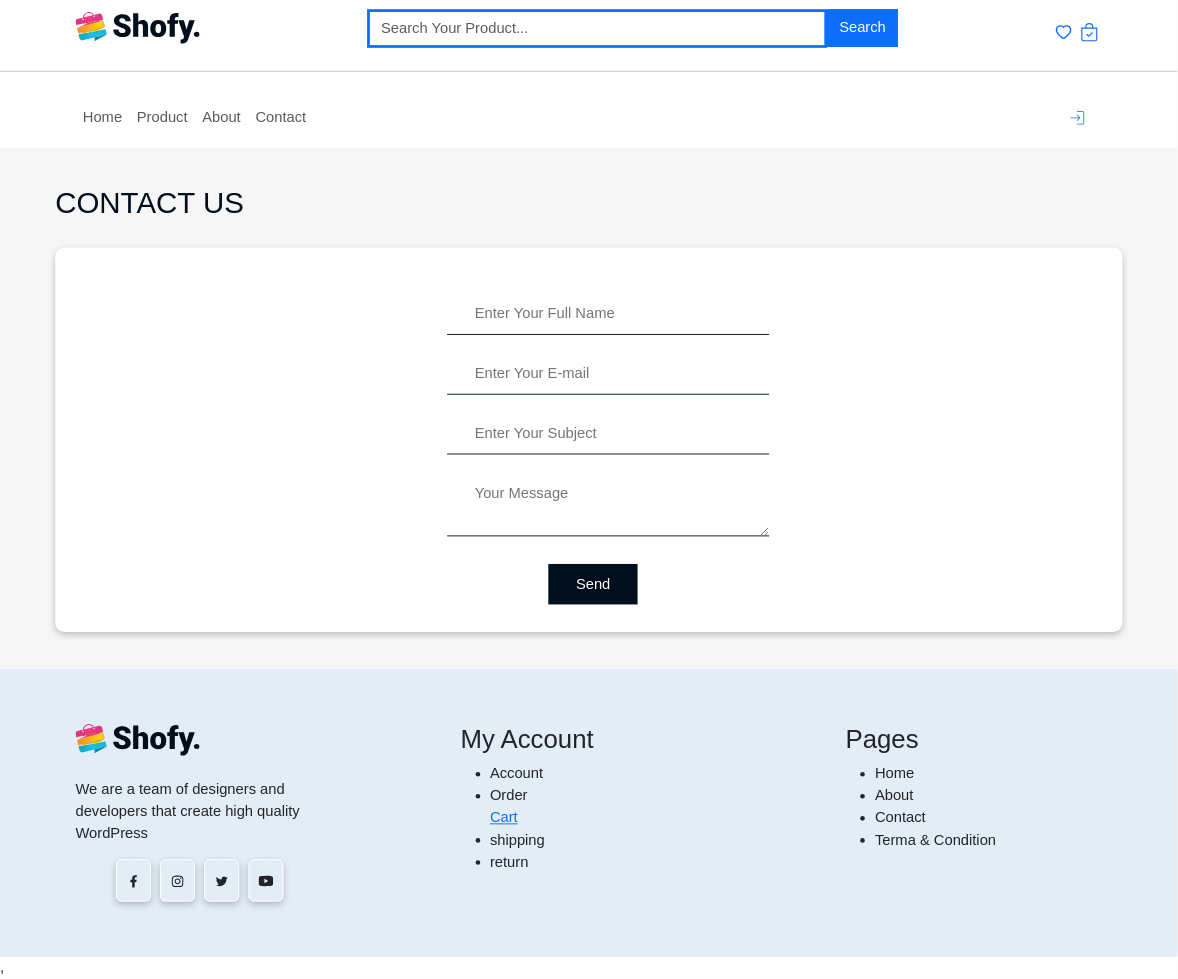
Repository: YomnaWegdan/E-commerce
Page: /contact
These files come from the project's save history. The page is drawn as it stood at one moment and after a run of saves; the edit follows.
The browser window is 1280 px wide. The pictures show the whole page, at 92% of full size.
The project was rebuilt for these pictures with package versions that can differ from the ones it lists, and the page was loaded fresh each time. Also part of the build but not shown: src/App.css, src/Pages/Home.css, src/Components/HomeProduct.js, src/Pages/Home.js, src/Pages/Product.js, src/Components/Cart/Cart.css, src/Components/Cart/Cart.js.

Above is the page before, as saved 2023-08-09 00:58:45.

### src/index.js
import React from 'react';
import ReactDOM from 'react-dom/client';
import './index.css';
import App from './App';
import reportWebVitals from './reportWebVitals';
import 'bootstrap/dist/css/bootstrap.min.css';
import { Auth0Provider } from '@auth0/auth0-react';
import { ContextProvider } from './Components/Context';

const root = ReactDOM.createRoot(document.getElementById('root'));
root.render(

  <ContextProvider>
  <Auth0Provider
  domain="dev-aamwpxlsfm3npzz6.us.auth0.com"
  clientId="MkjduxuJruldtmeMMgriskirViaGSRSW"
  authorizationParams={{
    redirect_uri: window.location.origin
  }}
>

  <App />
</Auth0Provider>,</ContextProvider>
);

// If you want to start measuring performance in your app, pass a function
// to log results (for example: reportWebVitals(console.log))
// or send to an analytics endpoint. Learn more: https://bit.ly/CRA-vitals
reportWebVitals();

### src/App.js
import { BrowserRouter , Routes , Route} from 'react-router-dom';
import './App.css';
import Navs from './Components/Navbar/Navs';
import Home from './Pages/Home';
import Footer from './Components/Footer/Footer';
import Product from './Pages/Product';
import Cart from './Components/Cart/Cart';
import Contact from './Pages/Contact';

function App() {
  return (
    <BrowserRouter>
    <Navs/>
    <Routes>
    <Route path='/' element={<Home/>}/>
    <Route path='/product' element={<Product/>}/>
    <Route path='/cart' element={<Cart/>}/>
    <Route path='/contact' element={<Contact/>}/>


    </Routes>
    <Footer/>

    </BrowserRouter>
  );
}

export default App;

### src/Components/Context.js
import {createContext  , useContext, useState} from "react"
import Productdetail from "../Pages/Productdetail";

export const Context = createContext(null);
export const useAppContext = () =>{
    const contextVar = useContext(Context);
    if(contextVar === undefined){
        throw new Error('Context must be within ContextProvider');
    }
    return contextVar;
}

export const ContextProvider = ({children}) =>{

    const [product , setProduct] = useState(Productdetail)
    const filterProduct = (product)=>{
        const update = Productdetail.filter((x)=>{
         return( x.Cat=== product )
        })
        setProduct(update)
      }
        const AllProducts = () =>{
          setProduct(Productdetail)
        }

        const searchBtn = (product) => {
    const change = Productdetail.filter((x) =>
    {
      return x.Cat === product
    })
    setProduct(change)
  }

  //Product_detail
  const [detail , setDetail] = useState([])
  const [close , setClose] = useState(false);

  const View = (product)=>{
    setDetail([{...product}])
    setClose(true)
  }

  //Cart
  const [cart , setCart] = useState([])

  const addToCart = (product)=>{
    const exist = cart.find((x)=>{
      return x.id === product.id
    })
    if(exist)
    {
      alert("This Product is already added to cart")
    }else{
      setCart([...cart, {...product, qty:1}])
      alert('Product is added to cart')
    }

  }
  console.log(cart)

  const increment =(product)=>{
    const exist = cart.find((x)=>{
        return x.id === product.id;
    })
    setCart(cart.map((el)=>{
      return el.id === product.id ? {...exist , qty: exist.qty +1}: el
    }))

}
const decrement =(product)=>{
  const exist = cart.find((x)=>{
    return x.id === product.id;
})
setCart(cart.map((el)=>{
  return el.id === product.id ? {...exist , qty: exist.qty -1}: el
}))
}

//Remove cart product
const removeproduct = (product) =>
{
    const exsit = cart.find((x) =>
    {
        return x.id === product.id
    })
    if(exsit.qty > 0)
    {
        setCart(cart.filter((x) =>
        {
            return x.id !== product.id
        }))
    }
}
const Totalprice = cart.reduce((price, item) => price + item.qty * item.Price, 0)


    return(
        <Context.Provider value={{ product , filterProduct, AllProducts , searchBtn , detail , View , close , setClose , addToCart , cart
          ,increment , decrement , removeproduct , Totalprice
         }}>
        {children}
        </Context.Provider>
    )}

### src/Components/Navbar/Navs.js
import { Fragment, useState } from 'react';
import Container from 'react-bootstrap/Container';
import Nav from 'react-bootstrap/Nav';
import Navbar from 'react-bootstrap/Navbar';
import Form from 'react-bootstrap/Form';
import Button from 'react-bootstrap/Button';
import Row from 'react-bootstrap/Row';
import Col from 'react-bootstrap/Col';
import logo from '../../img/logo.svg'
import { AiOutlineUser } from 'react-icons/ai';
import { CiLogin } from 'react-icons/ci';
import { CiLogout } from 'react-icons/ci';
import { AiOutlineHeart } from 'react-icons/ai';
import { BsBagCheck } from 'react-icons/bs';
import './Navs.css'
import { useAuth0 } from "@auth0/auth0-react";
import { useAppContext } from '../Context';
import { NavLink } from 'react-router-dom';

const Navs = () => {
  const { loginWithRedirect, logout , user, isAuthenticated } = useAuth0();
  const [search , setSearch] = useState()
  const {searchBtn} = useAppContext();


  return (
    <Fragment>
    <Navbar expand="lg" className='justify-content-between' >
      <Container>
        <Navbar.Brand href="/"><img src={logo} alt ='Logo'/></Navbar.Brand>
        <Navbar.Toggle aria-controls="basic-navbar-nav" />
        <Navbar.Collapse id="basic-navbar-nav" >
          <Nav className=" w-100 justify-content-center">
          <Form inline >
          <Row>
            <Col xs="auto">
              <Form.Control
                type="text"
                placeholder="Search Your Product..."
                className=" mr-sm-2  w-auto"
                value={search} onChange={(e)=>setSearch(e.target.value)}
              />

            </Col>
            <Col xs="auto" className=' m-sm-0'>
              <Button type="submit" onClick={()=>searchBtn(search)}  >Search</Button>
            </Col>
          </Row>
        </Form>
        </Nav>
        <Nav className=' justify-content-end'>
        {isAuthenticated &&
        (
        <Nav>
          <Nav.Link href="/" ><AiOutlineUser/></Nav.Link>
          <p className=' my-auto me-3' >Hello, {user.name}</p>
        </Nav>
        )}

        <NavLink to ="/"  className='mt-2 mx-1'><AiOutlineHeart/></NavLink>
        <NavLink to="/cart" className='mt-2 mx-1' ><BsBagCheck/></NavLink>

          </Nav>
        </Navbar.Collapse>
      </Container>
    </Navbar>
    <hr/>
    <Navbar expand="lg" >
    <Container>
      <Navbar.Toggle aria-controls="basic-navbar-nav "  />
      <Navbar.Collapse id="basic-navbar-nav" className=' justify-content-between'>
        <Nav className=" justify-content-start">
          <Nav.Link href="/">Home</Nav.Link>
          <Nav.Link href="/product">Product</Nav.Link>
          <Nav.Link href="/about">About</Nav.Link>
          <Nav.Link href="/contact">Contact</Nav.Link>
        </Nav>
        <Nav className="auth  ">
        {isAuthenticated?
                <Button onClick={() => logout({ logoutParams: { returnTo: window.location.origin } })}><CiLogout/></Button>:
                        <Button onClick={() => loginWithRedirect()}><CiLogin/></Button>
        }
        </Nav>
      </Navbar.Collapse>
    </Container>
  </Navbar></Fragment>
  )
}

export default Navs

### src/Components/Footer/Footer.js
import React from 'react'
import logo from '../../img/logo.svg'
import { AiOutlineInstagram } from 'react-icons/ai';
import { RiFacebookFill } from 'react-icons/ri';
import { AiOutlineTwitter } from 'react-icons/ai';
import { BsYoutube } from 'react-icons/bs';
import './Footer.css'
import { Link } from 'react-router-dom';

const Footer = () => {
  return (
    <div className='footer'>
    <div className='container d-flex justify-content-between '>
    <div className='about col-lg-3'>
    <div className='logo'>
        <img src={logo} alt='logo'></img>
    </div>
    <div className='detail'>
                    <p className=' mt-4'>We are a team of designers and developers that create high quality WordPress</p>
                    <div className='icon'>
                        <li><RiFacebookFill /></li>
                        <li><AiOutlineInstagram /></li>
                        <li><AiOutlineTwitter /></li>
                        <li><BsYoutube /></li>
                    </div>
                </div>
    </div>
    <div className='account col-lg-3'>
                <h3>My Account</h3>
                <ul>
                    <li>Account</li>
                    <li>Order</li>
                    <Link to='/cart'>Cart</Link>
                    <li>shipping</li>
                    <li>return</li>
                </ul>
            </div>
            <div className='page col-lg-3'>
                <h3>Pages</h3>
                <ul>
                    <li>Home</li>
                    <li>About</li>
                    <li>Contact</li>
                    <li>Terma & Condition</li>
                </ul>
            </div>
    </div>

    </div>
  )
}

export default Footer

### src/Pages/Contact.js
import React from 'react'
import './Contact.css'
const Contact = () => {
  return (
    <div>
    <div className='contact_container'>
    <div className='contant'>
    <h2>Contact Us</h2>
    <div className='form'>
    <form method='POST'>
    <input type='text' name='Name' value='' placeholder='Enter Your Full Name' required autoComplete='off'/>
    <input type='email' name='E-mail' value='' placeholder='Enter Your E-mail' required autoComplete='off'/>
    <input type='text' name='Subject' value='' placeholder='Enter Your Subject' required autoComplete='off'/>
    <textarea name='Message' value='' placeholder='Your Message' required autoComplete='off'></textarea>
    <button type='submit'>Send</button>

    </form>
    </div>
    </div>
    </div>



    </div>
  )
}

export default Contact

### src/Pages/Productdetail.js
const Productdetail =
[
    {
        id:1,
        Title:"Galaxy Tab S6 Lite 10.4-inch Android Tablet 128GB.",
        Cat: 'Tablet',
        Price: '723',
        Img: require('../img/tp1.jpg')
    },
    {
        id:2,
        Title:"Tracker with IP67 Waterproof Pedometer Smart watch.",
        Cat: 'Smart Watch',
        Price: '168',
        Img: require('../img/tp2.jpg')
    },
    {
        id:3,
        Title:"Cancelling Headphones Wireless.",
        Cat: 'Headphone',
        Price: '49',
        Img: require('../img/tp3.jpg')
    },
    {
        id:4,
        Title:"Professional Camera 4K Digital Video Camera.",
        Cat: 'Camera',
        Price: '1049',
        Img: require('../img/tp4.jpg')
    },
    {
        id:5,
        Title:"Mini Portable PD 22.5W Fast Charging Powerbank.",
        Cat: 'Powerbank',
        Price: '49',
        Img: require('../img/tp5.jpg')
    },
    {
        id:6,
        Title:"CPU Cooler 2 Heat Pipes 12mm 4 Pin PWM RGB for Intel.",
        Cat: 'Electronics',
        Price: '156',
        Img: require('../img/tp6.png')
    },
    {
        id:7,
        Title:"Playstation 4 2TB Slim Gaming Console.",
        Cat: 'Gaming',
        Price: '2098',
        Img: require('../img/tp7.jpg')
    },
    {
        id:8,
        Title:"Mini Portable Mobile Phone Powerbank for iphone.",
        Cat: 'Electronics',
        Price: '386',
        Img: require('../img/tp8.jpg')
    },
    {
        id:9,
        Title:"Microsoft Surface Pro 8-13' Touchscreen.",
        Cat: 'Tablet',
        Price: '693',
        Img: require('../img/p9.jpg')
    },
    {
        id:10,
        Title:"Playstation 4 2TB Slim Gaming Console.",
        Cat: 'Gaming',
        Price: '5036',
        Img: require('../img/p10.jpg')
    },
    {
        id:11,
        Title:"Echo Show 5 (2nd Gen) Adjustable Stand | Charcoal",
        Cat: 'Electronics',
        Price: '198',
        Img: require('../img/p11.jpg')
    },
    {
        id:12,
        Title:"Echo Dot smart speaker",
        Cat: 'Electronics',
        Price: '793',
        Img: require('../img/p12.jpg')
    },
]
export default Productdetail;

### src/Components/Navbar/Navs.css
.navbar input{
    width: 500px !important;
    border: 3px solid #0D6EFD;
    border-radius: 0px !important;
    outline: none !important;


}
.navbar input:focus{
    outline: none !important;
}
.navbar button{
    margin-left: -24px;
    border-radius: 0px !important;
    height: 41px;
}
@media (max-width:1200px) {
    .navbar button{
        margin-left: 0;
    }
    .navbar input{
        width: 260px !important;
    }
}
.navbar svg{
    color: #0D6EFD;
    width: 20px;
    height: 20px;
}

.navbar a:hover{
    color: #0D6EFD;

}
.navbar p{
    width: max-content;
}
.navbar .auth button{
    background-color: white;
    border: none;
    margin: 5px;
}

### src/Components/Footer/Footer.css
.footer{
    background: #e3edf6;
    padding: 60px;
    text-align: start;
}
.footer .detail .icon{
    list-style: none;
    display: flex;
    justify-content: center;

}
.footer .detail .icon li{
    margin-right: 10px;
    border: 1px solid white;
    box-shadow: rgba(0, 0, 0, 0.24) 0px 3px 8px;
    padding: 10px;
    border-radius: 6px;

}
.footer .detail .icon li:hover{
    background-color: #0989ff;
    color: white;
    border: 1px solid #0989ff;
    transition: 0.5s;


}

.footer .account li:hover , .footer .page li:hover{
    color: #0989ff;
    cursor: pointer;
    transition: 0.5s;


}

### src/Pages/Product.css
*
{
    margin: 0;
    padding: 0;
    font-family: sans-serif;
    box-sizing: border-box;
}
.products
{
    padding: 30px 40px;
    width: 100%;

}
.products h3
{
    font-size: 42px;
    letter-spacing: 1px;
    text-transform: uppercase;
    font-weight: 300;
    color: #010f1c;
    margin-left: 4%;

}
.products p
{
    margin-top: 10px;
    color: #9a9a9a;
    margin-left: 4%;

}
.products .container
{
    margin-top: 30px;
    max-width: 100%;
    display: flex;
    justify-content: space-between;
}
.products .container .filter
{
    padding: 20px 30px;
    display: flex;
    justify-content:flex-start;
    flex-wrap: wrap;
}
.products .container .filter .categories h3
{
    color: #010f1c;
    font-size: 16px;
    text-transform: uppercase;
    font-weight: 600;
}
.products .container .filter .categories ul
{
    margin-top: 10px;
}
.products .container .filter .categories ul li
{
    list-style: none;
    margin-top: 20px;
    color: #010f1c;
    cursor: pointer;
}
.products .container .productbox
{
    margin-right: 0%;
    display: flex;
    justify-content: space-between;
    flex-wrap: wrap;
    width: 80%;

}

.products .container .productbox .contant{
    display: flex;
    justify-content:flex-end;
    flex-wrap: wrap;


}
.products .container .productbox .contant .box
{
    padding: 10px 20px;
    overflow: hidden;
    width: 280px;
    height: 400px;
    border: 1px solid #e2e0e0;
    margin-bottom: 20px;
    transition: 0.5s;
    cursor: pointer;
    border-radius: 5px;
    margin-right: 20px;
}
.products .container .productbox .contant .box:hover
{
    box-shadow: rgba(0, 0, 0, 0.24) 0px 3px 8px;
}
.products .container .productbox .contant .box .img_box
{
    display: flex;
    justify-content: space-between;
    border-bottom: 1px solid #e2e0e0;
}
.products .container .productbox .contant .box .img_box img
{
    width: 300px;
    height: 250px;
    margin-right: 50px;
}
.products .container .productbox .contant .box .img_box .icon
{
    z-index: 1;
    position: relative;
    right: 0;
    display: flex;
    flex-direction: column;
    margin-top: 20px;
    transition: 0.5s;
}
.products .container .productbox .contant .box:hover .img_box .icon
{
    transform: translateX(-130px);
}
.products .container .productbox .contant .box .img_box .icon li
{
    list-style: none;
    padding: 10px 10px;
    color: #010f1c;
    cursor: pointer;
    box-shadow: rgba(0, 0, 0, 0.24) 0px 3px 8px;
    background: #fff;
    transition: 0.5s;
    font-size: 18px;
}
.products .container .productbox .contant .box .img_box .icon li:hover
{
    background: #0989ff;
    color: #fff;
}
.products .container .productbox .contant .box .detail
{
    margin-top: 10px;
}
.products .container .productbox .contant .box .detail h3
{
    font-size: 16px;
    margin-top: 5px;
    color: #010f1c;
    transition: 0.5s;
}
.products .container .productbox .contant .box:hover .detail h3
{
    color: #0989ff;
}
.products .container .productbox .contant .box .detail h4
{
    margin-top: 5px;
    font-size: 14px;
    color: #0989ff;
    letter-spacing: 1px;
}

.product_detail
{
    padding: 30px 40px;
    width: 100%;
    height: 120%;
    position: fixed;
    z-index: 2;
    margin-top: -20%;
    background: rgba(0, 0, 0, 0.24);
}
.product_detail .container
{
    margin-top: 15%;
    width: 1000px;
    height: 550px;
    background: #fff;
    padding: 20px 30px;
    border-radius: 10px;
    box-shadow: rgba(0, 0, 0, 0.24) 0px 3px 8px;
}
.product_detail .container .closebtn
{
    margin-left: 100%;
    border: none;
    outline: none;
    background: none;
    font-size: 22px;
    cursor: pointer;
}
.product_detail .container .productbox
{
    max-width: 100%;
    display: flex;
    padding: 20px 30px;
    margin-top: 20px;
    justify-content: space-between;
    margin-top: 60px;
}
.product_detail .container .productbox .img-box
{
    padding: 20px 30px;
    width: 400px;
    height: 350px;
    background: #f1f1f1;
}
.product_detail .container .productbox .img-box img
{
    width: 250px;
    height: 250px;
}
.product_detail .container .productbox .detail
{
    margin-left: 30px;
    margin-top: 10px;
}
.product_detail .container .productbox .detail h4
{
    text-transform: uppercase;
    font-size: 14px;
    font-weight: 200;
    color: #9a9a9a;
    letter-spacing: 1px;
}
.product_detail .container .productbox .detail h2
{
    margin-top: 20px;
    font-size: 32px;
    color: #010f1c;
    text-transform: capitalize;
    letter-spacing: 1px;
}
.product_detail .container .productbox .detail p
{
    margin-top: 10px;
    color: #4a4a4a;
}
.product_detail .container .productbox .detail h3
{
    margin-top: 10px;
    color: #010f1c;
    font-size: 32px;
    letter-spacing: 1px;
}
.product_detail .container .productbox .detail button
{
    margin-top: 30px;
    padding: 15px 60px;
    font-size: 16px;
    color: #fff;
    background: #010f1c;
    transition: 0.5s;
    border: none;
    outline: none;
    cursor: pointer;
}
.product_detail .container .productbox .detail button:hover
{
    background: #0989ff;
}

### src/Pages/Contact.css
.contact_container{
    padding: 30px 40px;
    width: 100%;
    background: #f6f6f6;
}
.contact_container .contant{
    padding: 10px 20px;
    max-width: 100%;
}
.contact_container .contant h2{
    text-transform: uppercase;
    font-size: 32px;
    color: #010f1c;
    font-weight: 200;
}
.contact_container .contant .form{
    margin-top: 30px;
    padding: 30px 30px;
    background: #fff;
    border-radius: 10px;
    box-shadow: rgba(0, 0, 0, 0.24) 0px 3px 8px;

}
.contact_container .contant .form form input , .contact_container .contant .form form textarea{

    padding: 10px 30px;
    border: none;
    outline: none;
    background: none;
    border-bottom: 1px solid #010f1c;
    width: 350px;
    margin-top: 20px;
    margin-left: 36%;
    display: flex;
    justify-content: center;
    align-items:center;
}
.contact_container .contant .form form textarea{

}
.contact_container .contant .form form button{
    padding: 10px 30px;
    border: none;
    outline: none;
    background: #010f1c;
    color: #fff;
    margin-top: 30px;
    margin-left: 46%;

}

Loaded but not shown: public/index.html (common file); src/index.css (common file); src/reportWebVitals.js (common file)

After the next 2 saves:
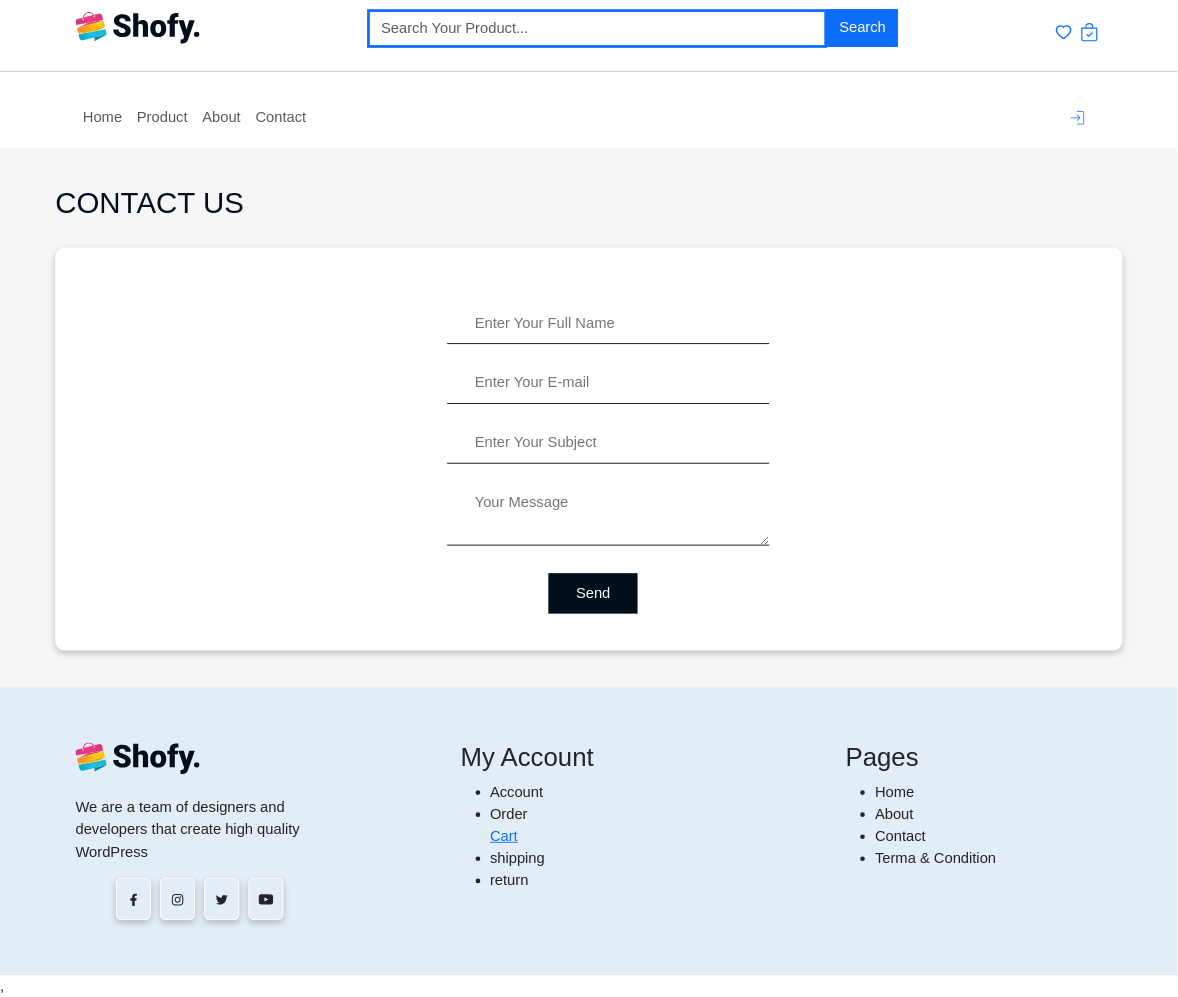
The 2 saves are shown as one change because they came seconds apart.
The last was saved 21 s later.
--- a/src/Pages/Contact.css
+++ b/src/Pages/Contact.css
@@ -15,7 +15,7 @@
 }
 .contact_container .contant .form{
     margin-top: 30px;
-    padding: 30px 30px;
+    padding: 40px 30px;
     background: #fff;
     border-radius: 10px;
     box-shadow: rgba(0, 0, 0, 0.24) 0px 3px 8px;
